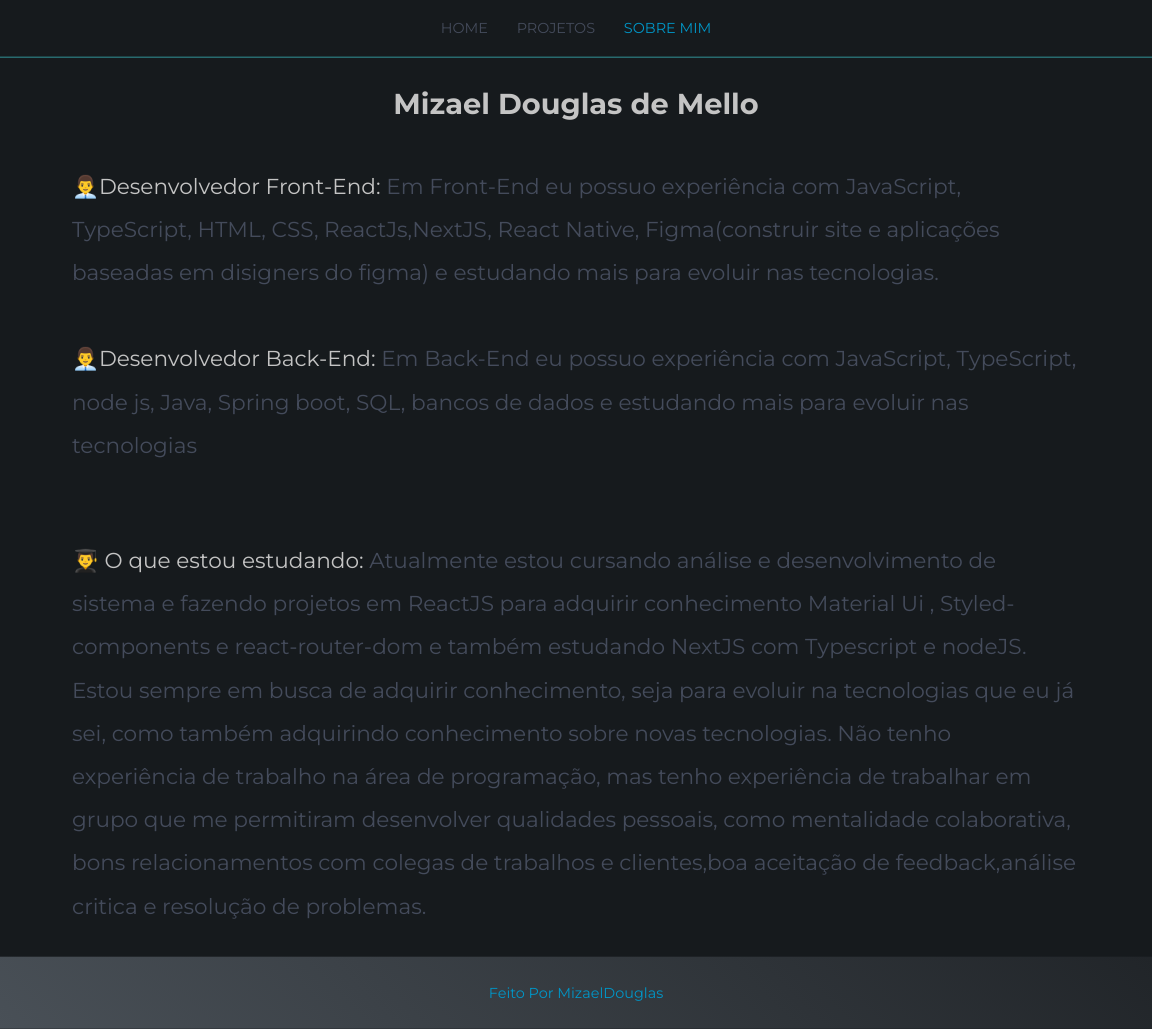
Repository: Mizaeldouglas/New-Portifolio
Page: /sobre
An editor plug-in stored every save of this project. The page is shown before and after the next save, followed by the edit.
The browser window is 1280 px wide. The pictures show the whole page, at 90% of full size.
The project was rebuilt for these pictures with package versions that can differ from the ones it lists, and the page was loaded fresh each time. The framework's server and built-in components were replaced by stand-ins that run in the browser. Also part of the build but not shown: next.config.js.

Above is the page before, as saved 2022-07-05 21:00:26.

### src/pages/_app.tsx
import { ThemeProvider } from 'styled-components';
import { Footer } from '../components/Footer';
import Header from '../components/Header';

import GlobalStyles from '../styles/global';
import theme from '../styles/theme';

function MyApp({ Component, pageProps }) {
  return (
    <ThemeProvider theme={theme}>
      <Header />
      <Component {...pageProps} />
      <GlobalStyles />
      <Footer />
    </ThemeProvider>
  );
}

export default MyApp;

### src/pages/_document.tsx
import Document, {
  DocumentContext,
  DocumentInitialProps,
  Head,
  Html,
  Main,
  NextScript
} from 'next/document';

import { ServerStyleSheet } from 'styled-components';

export default class MyDocument extends Document {
  static async getInitialProps(
    ctx: DocumentContext
  ): Promise<DocumentInitialProps> {
    const sheet = new ServerStyleSheet();
    const originalRenderPage = ctx.renderPage;

    try {
      ctx.renderPage = () =>
        originalRenderPage({
          enhanceApp: App => props => sheet.collectStyles(<App {...props} />)
        });

      const initialProps = await Document.getInitialProps(ctx);
      return {
        ...initialProps,
        styles: (
          <>
            {initialProps.styles}
            {sheet.getStyleElement()}
          </>
        )
      };
    } finally {
      sheet.seal();
    }
  }

  render() {
    return (
      <Html lang="pt-br">
        <Head>
          <link rel="preconnect" href="https://fonts.googleapis.com" />
          <link rel="preconnect" href="https://fonts.gstatic.com" />
          <link
            href="https://fonts.googleapis.com/css2?family=JetBrains+Mono:wght@200&family=Montserrat:wght@300;400;500;600;700&display=swap"
            rel="stylesheet"
          />

          <meta charSet="utf-8" />
          <meta httpEquiv="X-UA-Compatible" content="IE=edge" />
        </Head>
        <body>
          <Main />
          <NextScript />
        </body>
      </Html>
    );
  }
}

### src/pages/sobre/index.tsx
import { SobreContainer } from '../../styles/SobreStyles';

export default function Sobre() {
  return (
    <SobreContainer>
      <main>
        <h1>Mizael Douglas de Mello</h1>
        <p className="tecnologias">
          👨‍💼<span>Desenvolvedor Front-End:</span> Em Front-End eu possuo
          experiência com JavaScript, TypeScript, HTML, CSS, ReactJs,NextJS,
          React Native, Figma(construir site e aplicações baseadas em disigners
          do figma) e estudando mais para evoluir nas tecnologias.
        </p>
        <p className="tecnologias">
          👨‍💼<span>Desenvolvedor Back-End:</span> Em Back-End eu possuo
          experiência com JavaScript, TypeScript, node js, Java, Spring boot,
          SQL, bancos de dados e estudando mais para evoluir nas tecnologias
        </p>
        <p className="estudos">
          👨‍🎓 <span>O que estou estudando:</span> Atualmente estou cursando
          análise e desenvolvimento de sistema e fazendo projetos em ReactJS
          para adquirir conhecimento Material Ui , Styled-components e
          react-router-dom e também estudando NextJS com Typescript e nodeJS.
          Estou sempre em busca de adquirir conhecimento, seja para evoluir na
          tecnologias que eu já sei, como também adquirindo conhecimento sobre
          novas tecnologias. Não tenho experiência de trabalho na área de
          programação, mas tenho experiência de trabalhar em grupo que me
          permitiram desenvolver qualidades pessoais, como mentalidade
          colaborativa, bons relacionamentos com colegas de trabalhos e
          clientes,boa aceitação de feedback,análise critica e resolução de
          problemas.
        </p>
      </main>
    </SobreContainer>
  );
}

### src/components/Footer/index.tsx
import { Container } from './styles';

export function Footer() {
  return (
    <Container>
      <p>Feito Por MizaelDouglas</p>
    </Container>
  );
}

### src/components/Header/index.tsx
import { Container } from './styles';
import NavLink from './NavLink';

function Header() {
  return (
    <Container>
      <ul>
        <NavLink title="Home" path="/" />
        <NavLink title="Projetos" path="/projetos" includes />
        <NavLink title="Sobre Mim" path="/sobre" />
      </ul>
    </Container>
  );
}
export default Header;

### src/styles/global.ts
import { lighten } from 'polished';
import { createGlobalStyle } from 'styled-components';

export default createGlobalStyle`
  * {
    margin: 0;
    padding: 0;
    box-sizing: border-box;
    font-family: 'Montserrat', sans-serif;
    ::-webkit-scrollbar {
      width: 8px;
      height: 5px;
    }
    ::-webkit-scrollbar-thumb {
      background: ${({ theme }) => theme.textHighlight};
      border-radius: 10px;
    }
    ::-webkit-scrollbar-track{
      background: ${({ theme }) => lighten(0.4, theme.textHighlight)};
    }
  }
  body {
    background: ${props => props.theme.background};
    font: 400 1rem 'Montserrat', sans-serif;
  }
  img {
    width: 100%;
    max-width: 100%;
  }
  ul {
    list-style: none;
  }
  button {
    cursor: pointer;
  }
  a {
    text-decoration: none;
  }
  .container {
    width: 100%;
    margin: 0 auto;
    max-width: 85rem;
    padding: 0 1rem;
    padding-bottom: 30px;
    @media(max-width:1450px) {
      max-width: 70rem;
    }
    @media(max-width:1000px) {
      max-width: 50rem;
    }
    @media(max-width:700px) {
      padding: 0 2rem;
    }
  }
`;

### src/styles/theme.ts
const theme = {
  background: '#161a1d',
  backgroundLight: '#34a0a4',
  primary: '#0096c7',
  secondary: '#023e8a',
  gradient: 'linear-gradient(225deg, #212529 0%, #495057 100%);',
  text: '#848DA0',
  textHighlight: '#444B5B',
  textLight: '#C4C4C4',
  border: '#313958',
  inputBackground: '#1E253E',
  error: '#d45d5d'
};

export default theme;

### src/styles/SobreStyles.ts
import styled from 'styled-components';

export const SobreContainer = styled.div`
  display: flex;
  flex-direction: column;
  width: 100%;
  height: 100%;

  main {
    margin-top: 2rem;
    margin-bottom: 2rem;
    width: 100%;
    padding: 0 5rem;
    h1 {
      text-align: center;
      color: ${({ theme }) => theme.textLight};
    }
    p {
      font-size: 1.5rem;
      line-height: 2;
      color: ${({ theme }) => theme.textHighlight};
    }
    span {
      color: ${({ theme }) => theme.textLight};
    }
    .tecnologias {
      margin-top: 3rem;
    }
    .estudos {
      margin-top: 5rem;
    }
  }
`;

### src/components/Footer/styles.ts
import styled from 'styled-components';

export const Container = styled.div`
  width: 100%;
  height: 5rem;
  background: ${({ theme }) => theme.gradient};
  color: ${({ theme }) => theme.primary};
  display: flex;
  align-items: center;
  justify-content: center;
`;

### src/components/Header/styles.ts
import { lighten } from 'polished';
import styled from 'styled-components';

interface NavProps {
  isActive: boolean;
}

export const Container = styled.header`
  width: 100%;
  display: flex;
  align-items: center;
  justify-content: center;
  height: 4rem;
  border-bottom: 1px solid ${({ theme }) => theme.backgroundLight};

  ul {
    display: flex;
    gap: 2rem;
    align-items: center;
  }
`;
export const NavLinkContainer = styled.li<NavProps>`
  a {
    text-transform: uppercase;
    color: ${props =>
      props.isActive ? props.theme.primary : props.theme.textHighlight};
    transition: 0.5s;
    &:hover {
      color: ${props =>
        props.isActive
          ? lighten(0.2, props.theme.primary)
          : lighten(0.2, props.theme.textHighlight)};
    }
  }
`;

### src/components/Header/NavLink.tsx
import Link from 'next/link';
import { useRouter } from 'next/router';
import { NavLinkContainer } from './styles';

interface Props {
  title: string;
  path: string;
  includes?: boolean;
}

export default function navLink({ title, path, includes = false }: Props) {
  const router = useRouter();

  function verifyIfIsActive() {
    if (includes) {
      return router.pathname.includes(path);
    }
    return path === router.pathname;
  }

  const isActive = verifyIfIsActive();

  return (
    <NavLinkContainer isActive={isActive}>
      <Link href={path}>
        <a>{title}</a>
      </Link>
    </NavLinkContainer>
  );
}

After the next save:
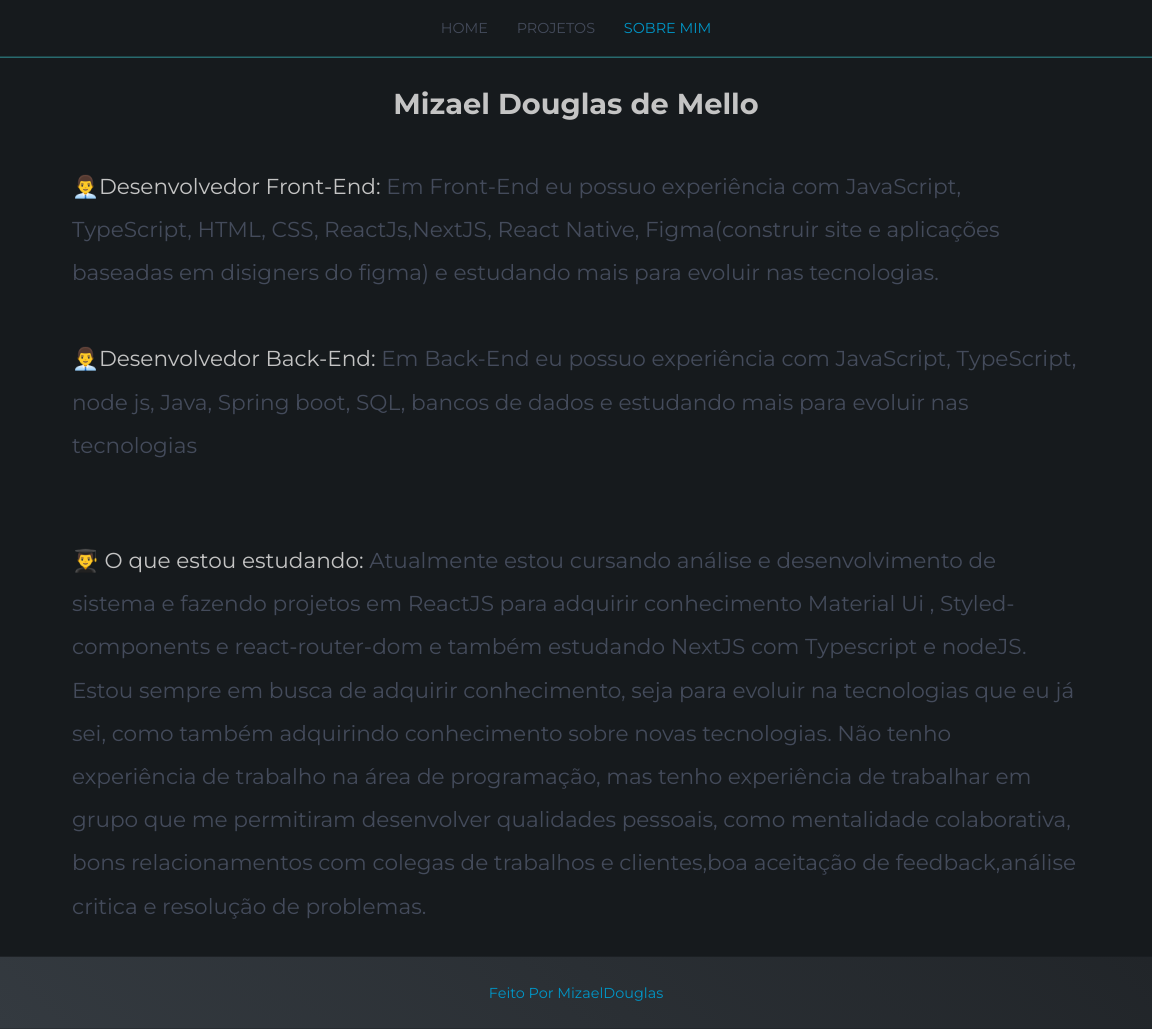
Saved 60 s later.
--- a/src/styles/theme.ts
+++ b/src/styles/theme.ts
@@ -3,7 +3,7 @@ const theme = {
   backgroundLight: '#34a0a4',
   primary: '#0096c7',
   secondary: '#023e8a',
-  gradient: 'linear-gradient(225deg, #212529 0%, #495057 100%);',
+  gradient: 'linear-gradient(225deg, #212529 0%, #343a40 100%);',
   text: '#848DA0',
   textHighlight: '#444B5B',
   textLight: '#C4C4C4',
